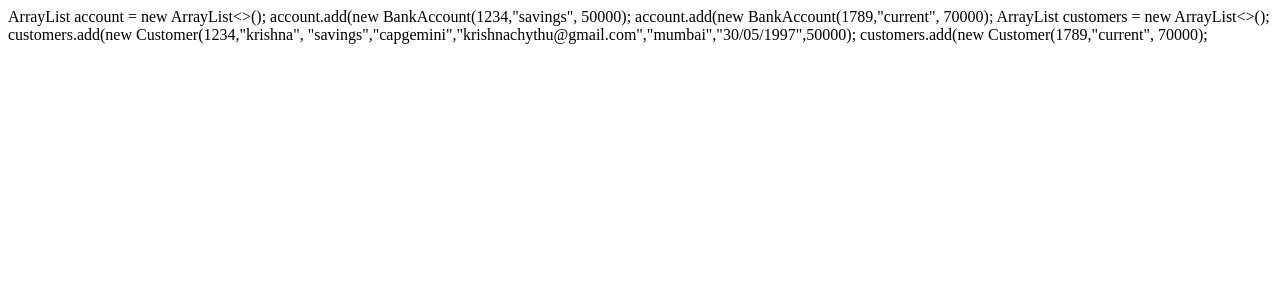
Repository: laikrish/day10
Page: http://localhost/BankApp/database.jsp
An editor plug-in stored every save of this project. The page is shown before and after the next save, followed by the edit.
The browser window is 1280 px wide. The pictures show the whole page.
The page is served by Tomcat 9.

Above is the page before, as saved 2018-09-12 10:40:40.

After the next save:
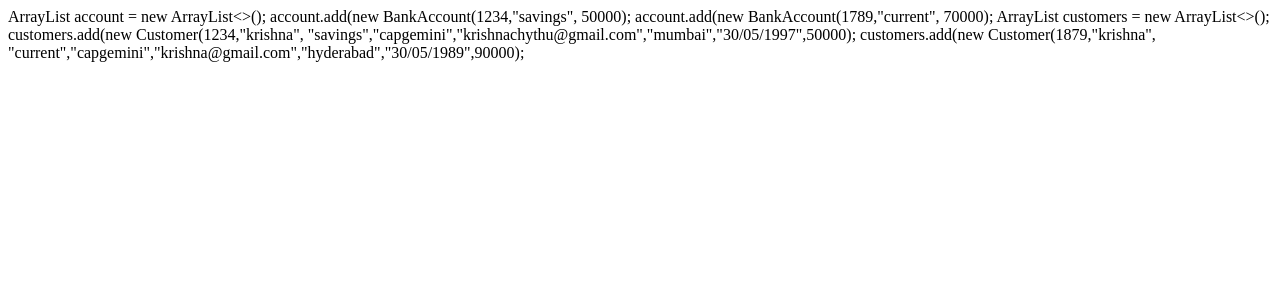
Saved 44 s later.
--- a/BankApp/WebContent/database.jsp
+++ b/BankApp/WebContent/database.jsp
@@ -31,4 +31,4 @@
 
   ArrayList<Customer> customers  = new ArrayList<>();
  customers.add(new Customer(1234,"krishna", "savings","capgemini","krishnachythu@gmail.com","mumbai","30/05/1997",50000);
- customers.add(new Customer(1789,"current", 70000);
+ customers.add(new Customer(1879,"krishna", "current","capgemini","krishna@gmail.com","hyderabad","30/05/1989",90000);
